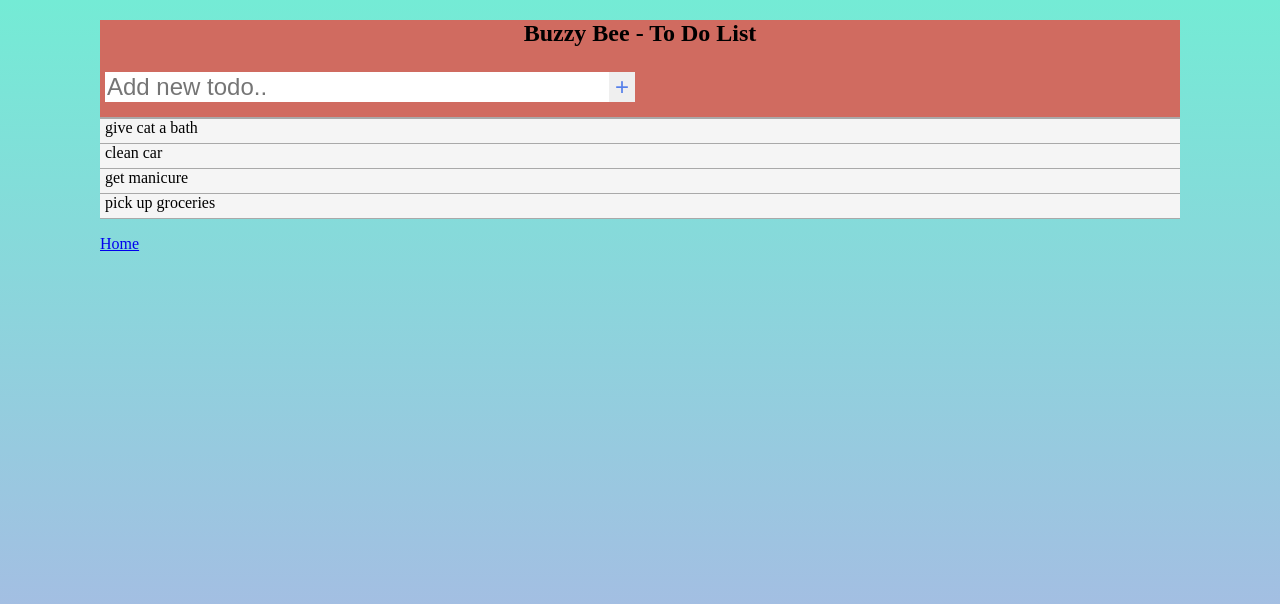
Repository: seleniadelgado/backend-spring2020-angie
Page: projects/todo/public_html/index.html
These files come from the project's save history. The page is drawn as it stood at one moment and after the next save; the edit follows.
The browser window is 1280 px wide. The pictures show the whole page.
The page's requests for data from a server got no answer.

Above is the page before, as saved 2020-05-12 20:39:32.

### projects/todo/public_html/index.html
<!DOCTYPE html>

<html lang="en">
    <head>
        <meta charset="utf-8">
        <title>Buzzy Bee - To Do List</title>
        <meta name="description" content="The HTML5 Herald">
        <meta name="author" content="SitePoint">
        <link rel="stylesheet" href="styles.css">
        <script
            src="https://code.jquery.com/jquery-3.5.0.min.js"
            integrity="sha256-xNzN2a4ltkB44Mc/Jz3pT4iU1cmeR0FkXs4pru/JxaQ="
            crossorigin="anonymous">
        </script>
</head>
<body>
    <div class="sectionTitle">
        <div class="appTitle">
            <h2>Buzzy Bee - To Do List</h2>
        </div>
        <div id="addNote">
            <input type="text" id="newNote" placeholder="Add new todo..">
            <button class="addBtn">+</button>
        </div>
    </div>

    <ul id="myList">
        <li>give cat a bath</li>
        <li>clean car</li>
        <li>get manicure</li>
        <li>pick up groceries</li>
    </ul>





















    <a href="http://localhost:3000/">Home</a>



    <script>
        $(document).ready(() => {
            let objectToSend = {
                note: "Do somethings",
                author: "Nick"
            }

            $.post("http://localhost:3000/newNote", objectToSend, (dataToGet) => {
                console.log(dataToGet);
            });
            $.post("http://localhost:3000/readNotes", {}, (dataToGet) => {
                let allNotesArray = dataToGet.notes;

                console.log(allNotesArray);
            })
        })

        //import the data from default user
        // make JSON into JS with parse.
        //with the list we want to populate our ul.
        //use jquery to access the dom, grab the string
        //loop over notes
        //add the note as an li to the ul
        //  Create li with jquery.
        //  target the ul with jquery and append the li.
        //note: $('<li></li>'')
        //      $('ul') -> a jquery list which holds the ul.
        //      get 1st element from the array

    </script>
</body>
</html>

### projects/todo/public_html/styles.css
html {
    background: linear-gradient(#74ebd5, #ACB6E5);
    height: 100%;
}
* {
    box-sizing: border-box;
}
body {
    margin: 0px 100px 75px 100px;
}

.sectionTitle {
    background-color: rgb(208, 107, 96);
    text-align: center;
    border-bottom: 2px solid darkgray;
    margin-top: 0%;
}

.appTitle >> h2{
    margin-top: 10px;
    color: white;
}
#addNote {
    display: flex;
    align-items: flex-start;
    padding: 5px;
    height: 30px;
    width: 50%;
    margin-bottom: 20px;
    font-family: 'Gill Sans', 'Gill Sans MT', Calibri, 'Trebuchet MS', sans-serif;
}
.addBtn {
    margin-left: 0%;
    font-size: 24px;
    color:  #5680e9;
    border: none;
}
#newNote {
    border: none;
    width: 100%;
    height: 150%;
    font-size: 24px;
}
#myList {
    list-style: none;
    padding: 0px;
    margin-top: 0px;
}
#myList li {
    height: 25px;
    border-bottom: 1px solid darkgray;
    background-color: whitesmoke;
    padding-left: 5px;
}

After the next save:
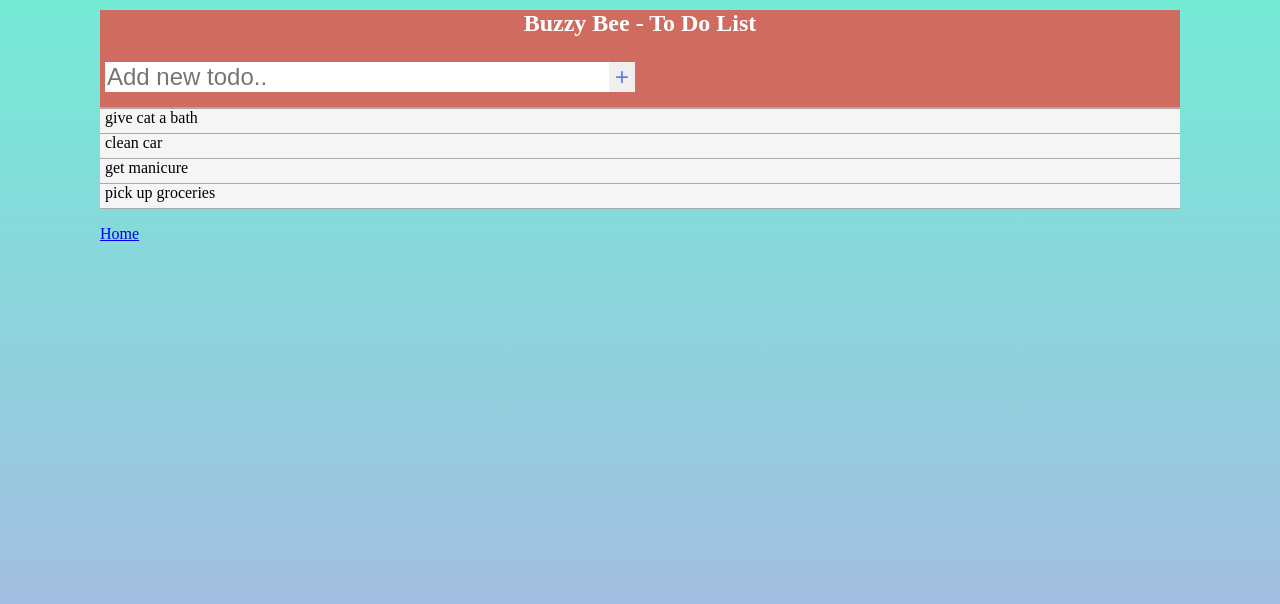
Saved 4 s later.
--- a/projects/todo/public_html/styles.css
+++ b/projects/todo/public_html/styles.css
@@ -16,7 +16,7 @@ body {
     margin-top: 0%;
 }
 
-.appTitle >> h2{
+.appTitle > h2{
     margin-top: 10px;
     color: white;
 }

After the save that followed:
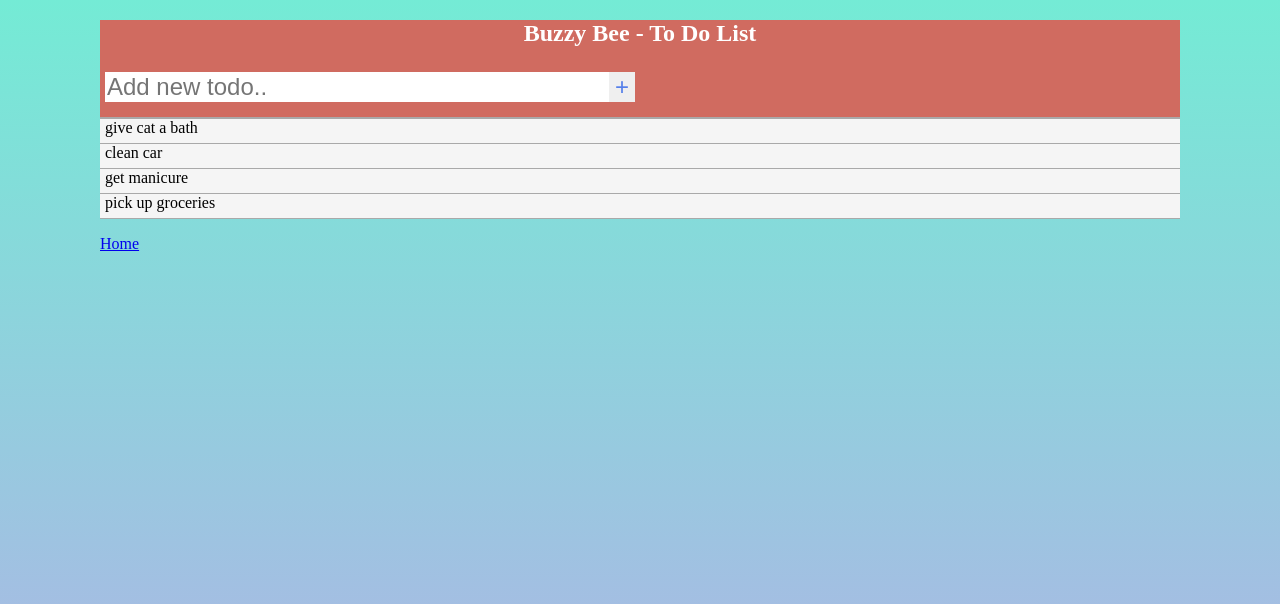
Saved 7 s later.
--- a/projects/todo/public_html/styles.css
+++ b/projects/todo/public_html/styles.css
@@ -16,7 +16,7 @@ body {
     margin-top: 0%;
 }
 
-.appTitle > h2{
+.appTitle {
     margin-top: 10px;
     color: white;
 }
